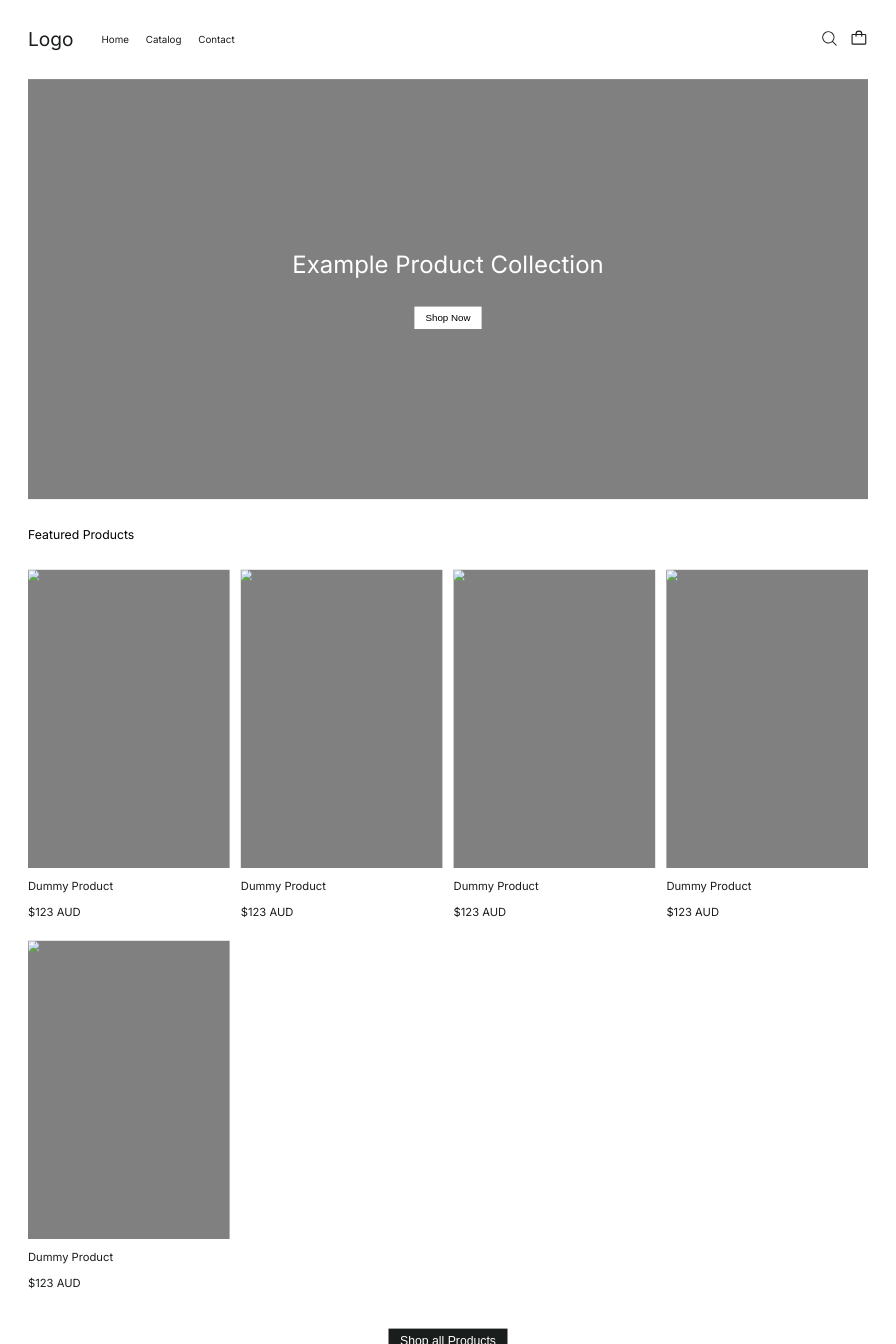
Repository: David-Waite/ecommercefrontendTemplate
Page: /
An editor plug-in stored every save of this project. The page is shown before and after a run of saves, followed by the edit.
The browser window is 1280 px wide. The pictures show the part of the page from y = 0 to 1920 px (the page is 2615 px tall), at 70% of full size.
The project was rebuilt for these pictures with package versions that can differ from the ones it lists, and the page was loaded fresh each time. The framework's server and built-in components were replaced by stand-ins that run in the browser. Also part of the build but not shown: next.config.js.

Above is the page before, as saved 2023-08-24 20:34:38.

After the next 2 saves:
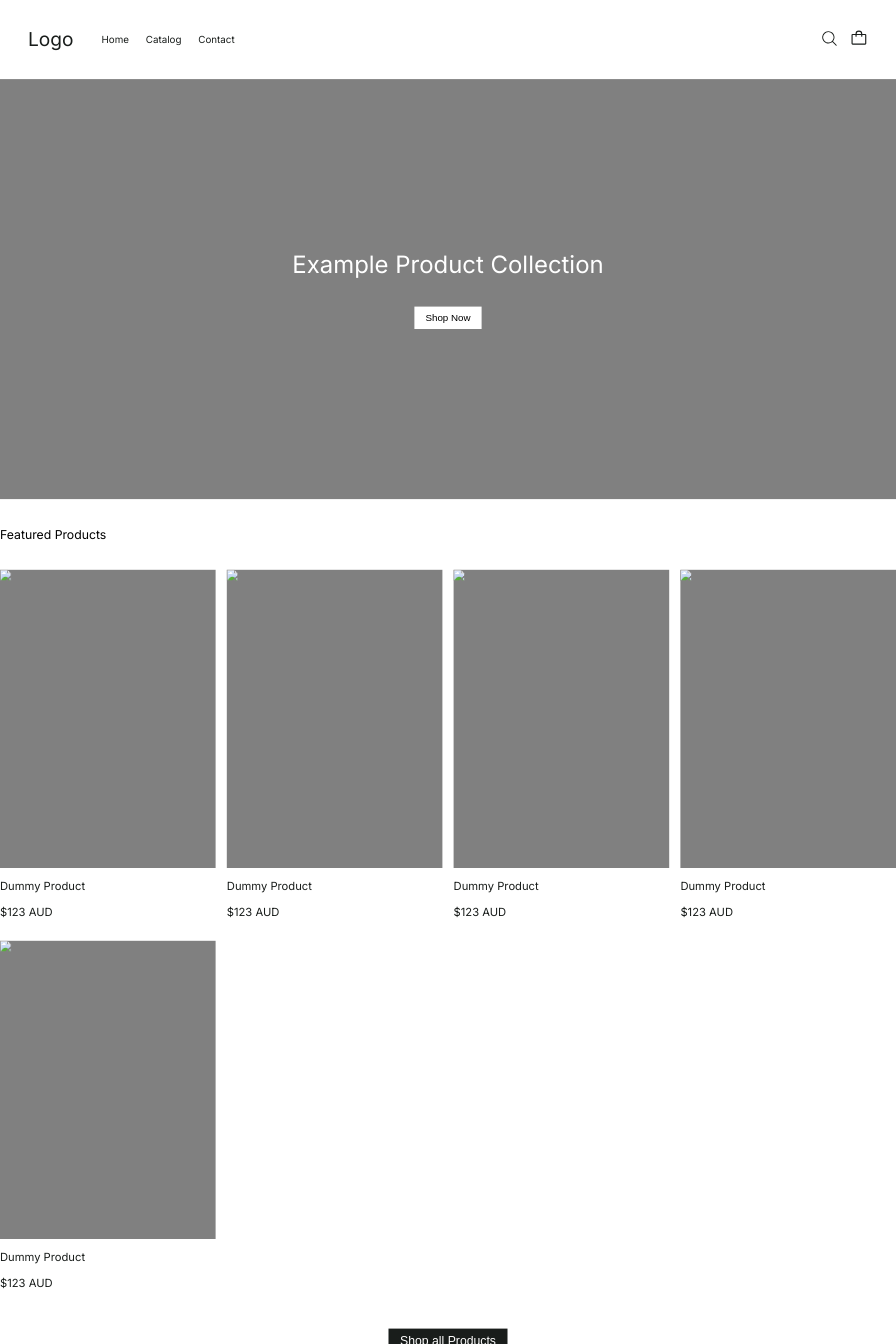
The 2 saves are shown as one change because they came seconds apart.
The last was saved 28 s later.
--- a/app/page.module.css
+++ b/app/page.module.css
@@ -1,9 +1,9 @@
 .main {
   margin: 0px auto;
+}
+.heroImage {
   padding: 0px 40px;
   max-width: calc(var(--max-width) + 80px);
-}
-.heroImage {
   width: 100%;
   height: 600px;
   background-color: grey;
